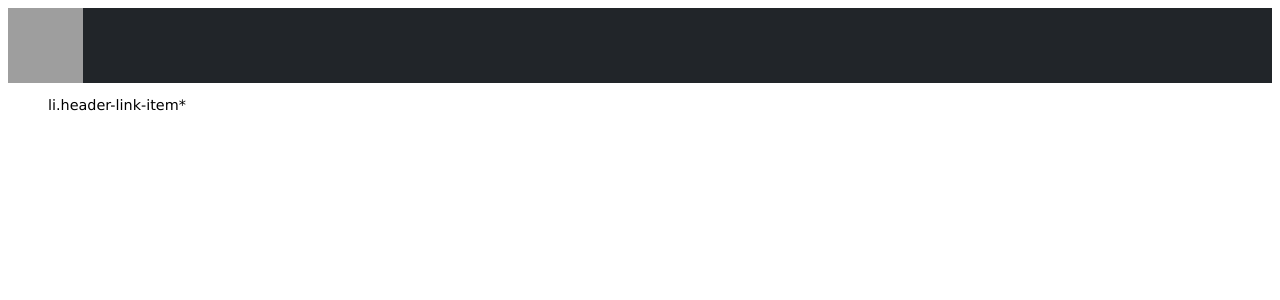
Repository: congle98/CSS_WebXemPhimYoutube
Page: index.html
The author's editor kept a copy of each file at every save. The page is drawn from the files as they stood at one save, then again after a run of saves.
The browser window is 1280 px wide. The pictures show the whole page.
Pictures or frames that could not be fetched are drawn as grey boxes.

Above is the page before, as saved 2021-05-26 17:00:49.

After the next 2 saves:
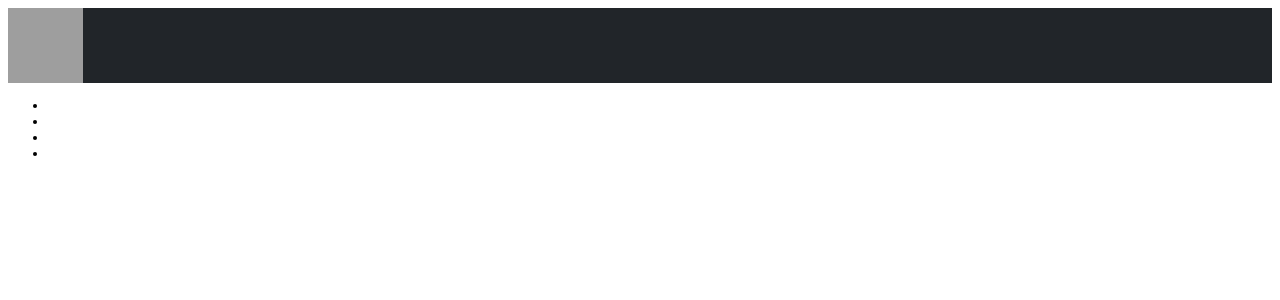
The 2 saves are shown as one change because they came seconds apart.
The last was saved 7 s later.
--- a/index.html
+++ b/index.html
@@ -45,7 +45,10 @@
     </div>
     <div class="head-link">
         <ul class="header-link-list">
-            li.header-link-item*
+            <li class="header-link-item"></li>
+            <li class="header-link-item"></li>
+            <li class="header-link-item"></li>
+            <li class="header-link-item"></li>
         </ul>
     </div>
     <div class="content">
